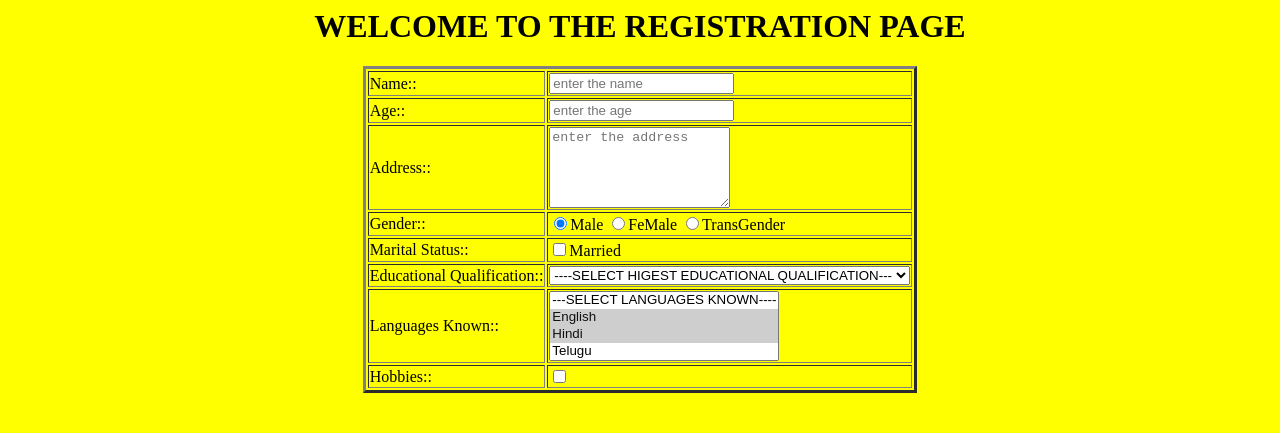
Repository: shivaramkrishna53/SERVLET_PROJECTS
Page: proj12-WorkingWithDifferentFormComponents-RegistrationApp/WebContent/input.html
The author's editor kept a copy of each file at every save. The page is drawn from the files as they stood at one save, then again after the next save.
The browser window is 1280 px wide. The pictures show the whole page.

Above is the page before, as saved 2021-01-12 14:53:21.

After the next save:
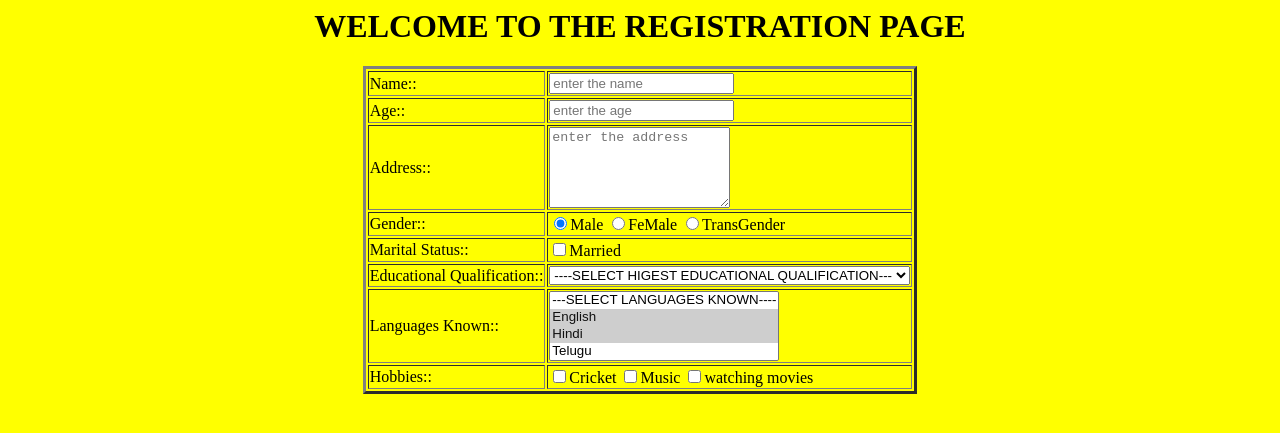
Saved 3 min 28 s later.
--- a/proj12-WorkingWithDifferentFormComponents-RegistrationApp/WebContent/input.html
+++ b/proj12-WorkingWithDifferentFormComponents-RegistrationApp/WebContent/input.html
@@ -71,8 +71,9 @@ Educational Qualification::
 <tr>
 <td>Hobbies::</td>
 <td>
-<input type="checkbox" name="hobbies" multiple>
-</input>
+<input type="checkbox" name="hobbies" value="cricket">Cricket
+<input type="checkbox" name="hobbies" value="music">Music
+<input type="checkbox" name="hobbies" value="watching movies">watching movies
 </td>
 </tr>
 </table>
